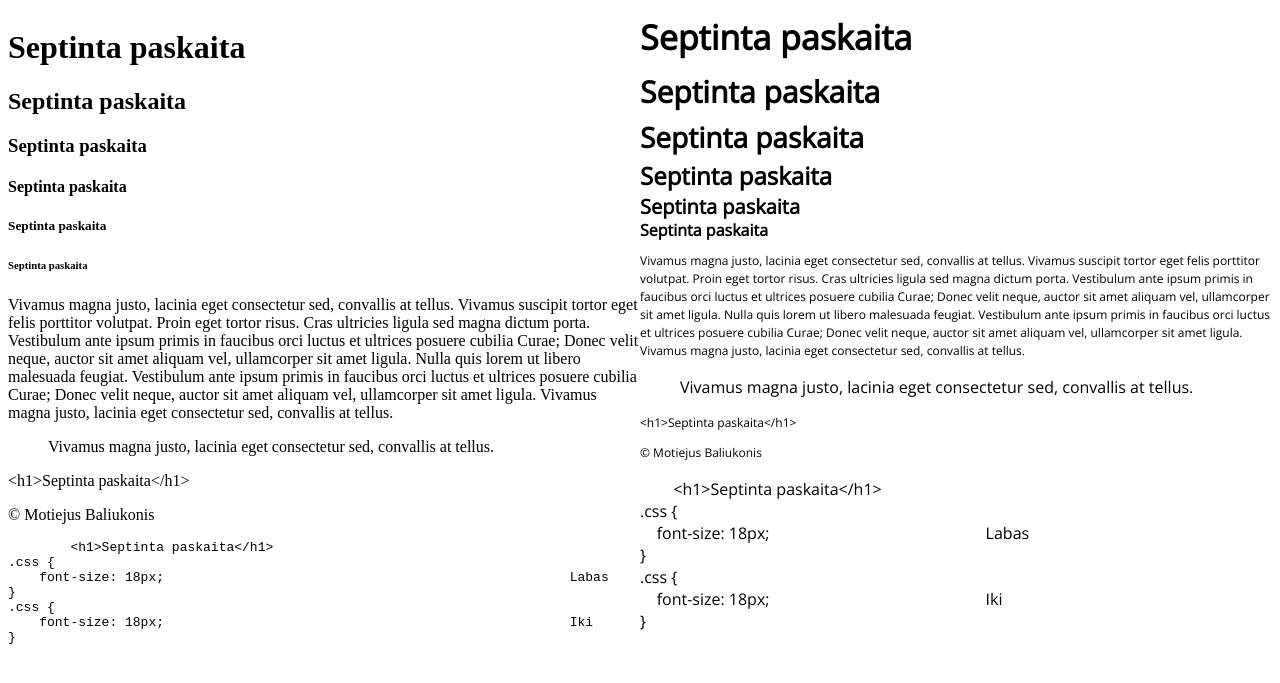
Repository: motiejus1/07-paskaita-05.31
Page: index.html
The author's editor kept a copy of each file at every save. The page is drawn from the files as they stood at one save, then again after the next save.
The browser window is 1280 px wide. The pictures show the whole page.

Above is the page before, as saved 2021-06-10 20:14:33.

After the next save:
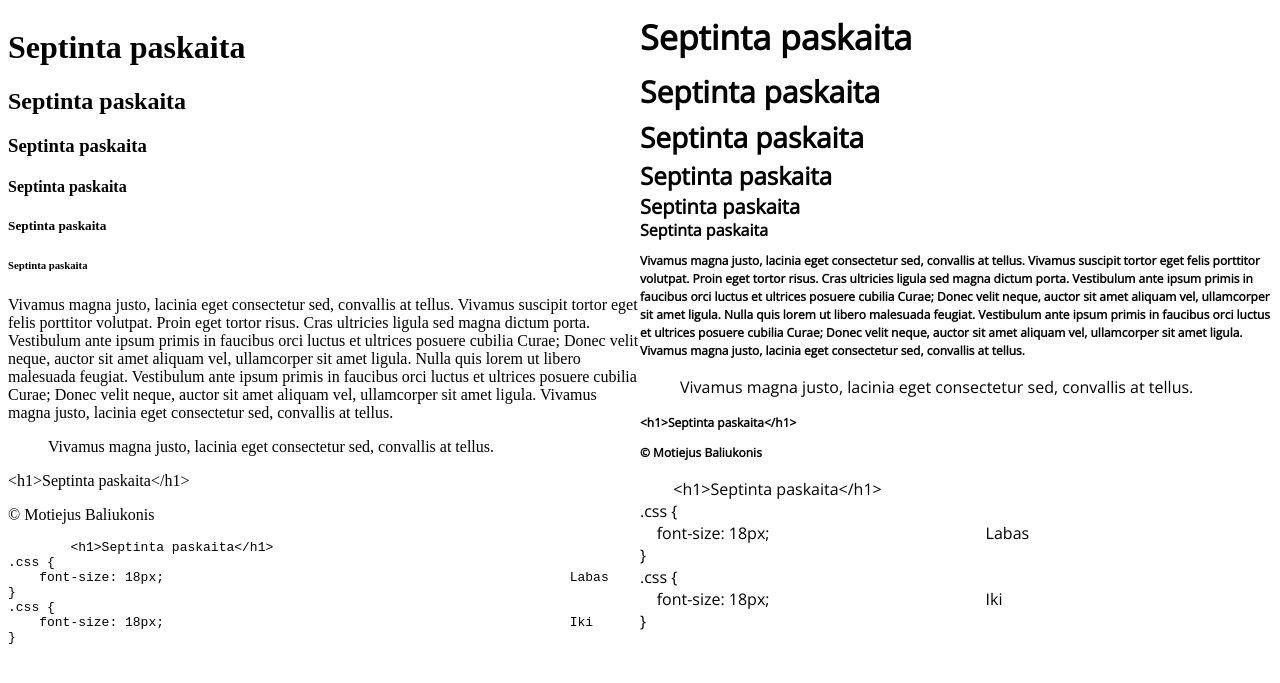
Saved 17 s later.
--- a/index.html
+++ b/index.html
@@ -71,7 +71,7 @@
         .right p {
             font-size: 12px;
             line-height: 1.5;
-            font-weight: 400;
+            font-weight: 700;
         }
 
     </style>

After the save that followed:
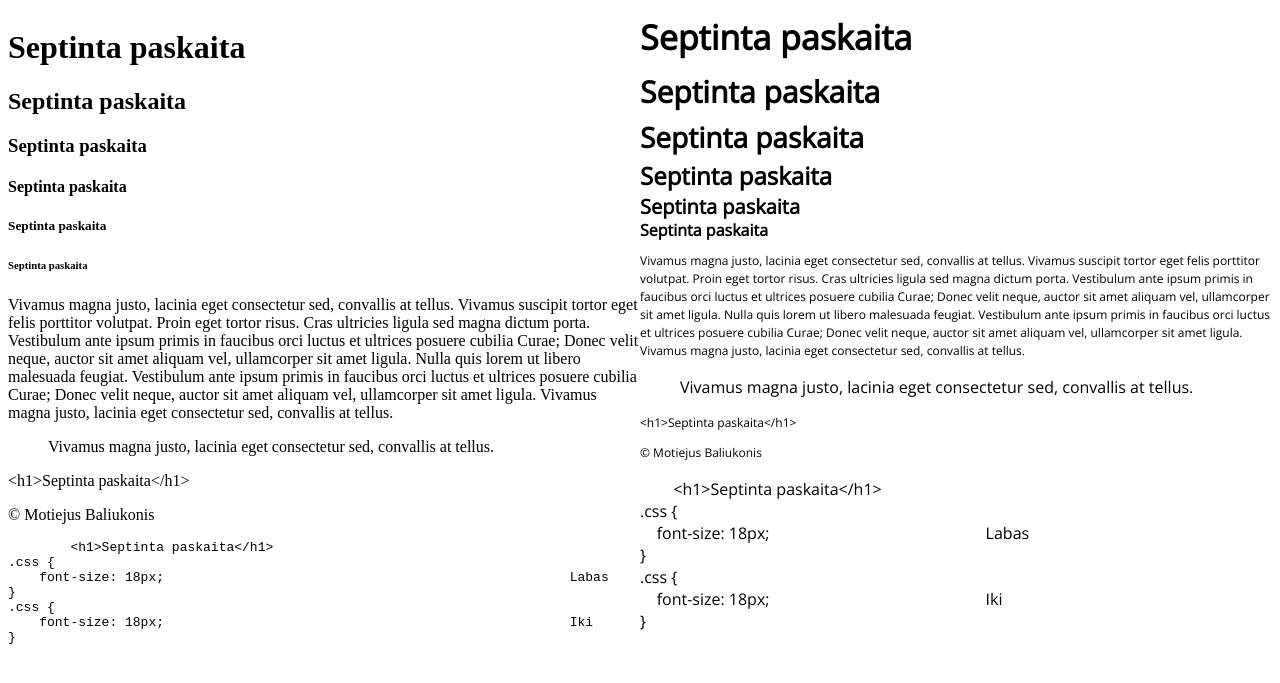
Saved 15 s later.
--- a/index.html
+++ b/index.html
@@ -71,7 +71,7 @@
         .right p {
             font-size: 12px;
             line-height: 1.5;
-            font-weight: 700;
+            font-weight: 400;
         }
 
     </style>
